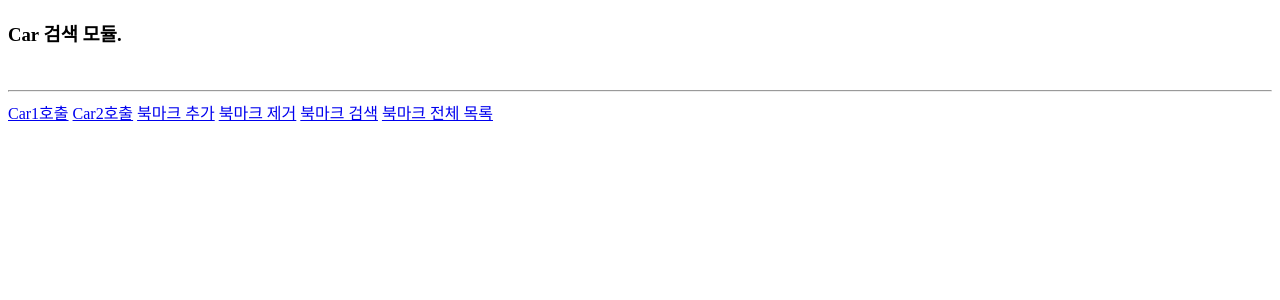
Repository: sds2317884/Spring
Page: http://localhost/spring02/carStart.jsp
An editor plug-in stored every save of this project. The page is shown before and after the next save, followed by the edit.
The browser window is 1280 px wide. The pictures show the whole page.
The page is served by Tomcat 9.

Above is the page before, as saved 2022-11-24 07:04:43.

After the next save:
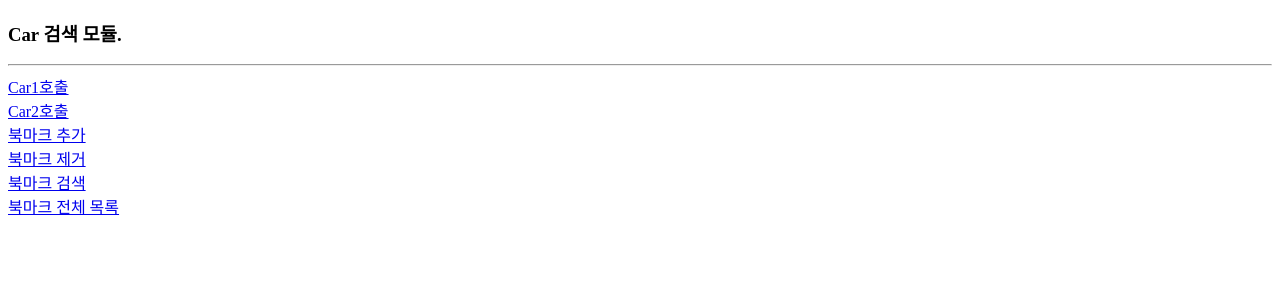
Saved 55 s later.
--- a/spring02/src/main/webapp/carStart.jsp
+++ b/spring02/src/main/webapp/carStart.jsp
@@ -7,13 +7,13 @@
 <title>Insert title here</title>
 </head>
 <body>
-<h3>Car 검색 모듈.</h3> <br>
+<h3>Car 검색 모듈.</h3>
 <hr>
-<a href="car1">Car1호출</a>
-<a href="car2">Car2호출</a>
-<a href="carInsert.jsp">북마크 추가</a>
-<a href="carDelete.jsp">북마크 제거</a>
-<a href="carSelect.jsp">북마크 검색</a>
+<a href="car1">Car1호출</a> <br>
+<a href="car2">Car2호출</a> <br>
+<a href="carInsert.jsp">북마크 추가</a> <br>
+<a href="carDelete.jsp">북마크 제거</a> <br>
+<a href="carSelect.jsp">북마크 검색</a> <br>
 <a href="carList">북마크 전체 목록</a>
 </body>
 </html>
